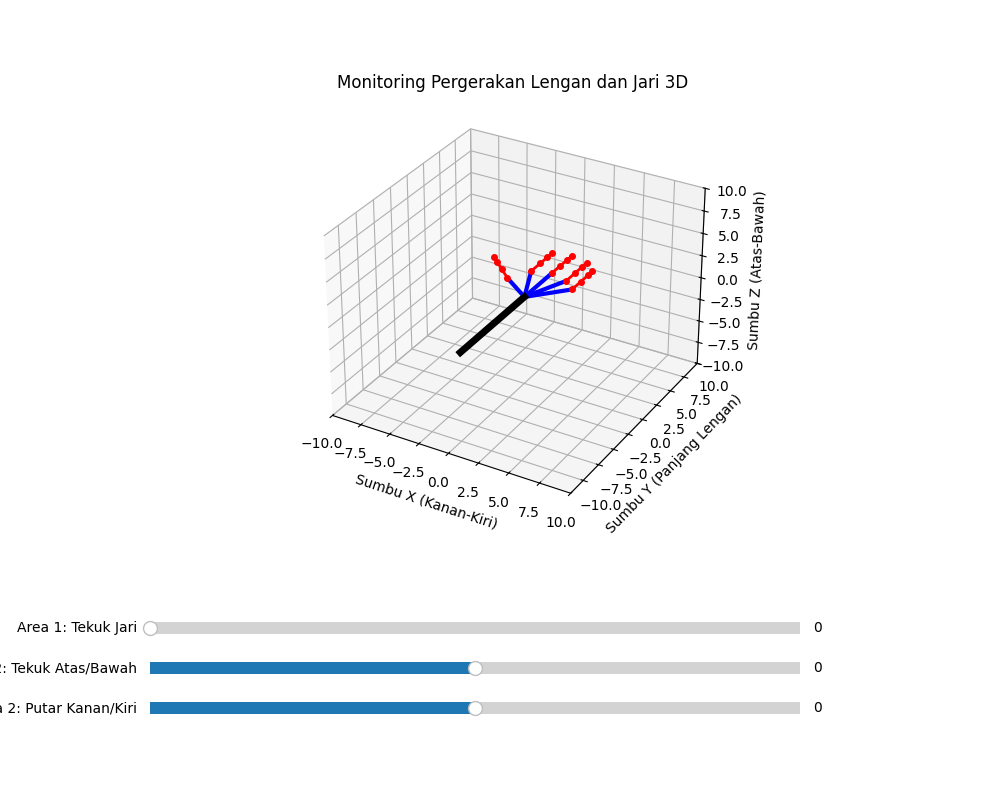
Repository: novalput/Pengolahancitra
Script's output: python Jobsheet_3/Testing/p4_1.py
The author's editor kept a copy of each file at every save. The script's output is drawn from the files as they stood at one save, then again after a run of saves.
Random numbers start from a fixed seed.

Above is the script's output before, as saved 2026-04-14 11:00:01.

### Jobsheet_3/Testing/p4_1.py
import numpy as np
import matplotlib.pyplot as plt
from matplotlib.widgets import Slider
from mpl_toolkits.mplot3d import Axes3D

# --- FUNGSI MATEMATIKA (Rotasi 3D) ---
def rot_x(theta):
    """Matriks rotasi sumbu X (Pitch / Menekuk Atas-Bawah)"""
    c, s = np.cos(theta), np.sin(theta)
    return np.array([[1, 0, 0], [0, c, -s], [0, s, c]])

def rot_y(theta):
    """Matriks rotasi sumbu Y (Roll / Memutar Kanan-Kiri)"""
    c, s = np.cos(theta), np.sin(theta)
    return np.array([[c, 0, s], [0, 1, 0], [-s, 0, c]])

# --- KONFIGURASI ANATOMI ---
# Area 3: Lengan bawah (Statis di titik origin ke pergelangan)
forearm_start = np.array([0, -10, 0])
wrist_pos = np.array([0, 0, 0])

# Area 2: Punggung tangan (Dari pergelangan ke pangkal jari)
# Koordinat pangkal jari (Ibu jari, Telunjuk, Tengah, Manis, Kelingking)
base_fingers = [
    np.array([-2.5, 2.0, 0]),  # Ibu Jari
    np.array([-1.5, 4.0, 0]),  # Telunjuk
    np.array([ 0.0, 4.5, 0]),  # Tengah
    np.array([ 1.5, 4.0, 0]),  # Manis
    np.array([ 2.5, 3.0, 0])   # Kelingking
]

# Panjang ruas jari (3 ruas per jari)
phalanx_lengths = [1.5, 1.2, 0.8]

# --- SETUP PLOT MATPLOTLIB ---
fig = plt.figure(figsize=(10, 8))
ax = fig.add_subplot(111, projection='3d')
plt.subplots_adjust(bottom=0.35) # Menyisakan ruang untuk slider di bawah

# Elemen visual (Garis 3D)
lines_palm = [ax.plot([], [], [], 'b-', lw=3)[0] for _ in range(5)]
lines_fingers = [ax.plot([], [], [], 'r-', lw=2, marker='o', markersize=4)[0] for _ in range(5)]
line_forearm, = ax.plot([], [], [], 'k-', lw=5)

def update_plot(val):
    """Fungsi ini dipanggil setiap kali slider digeser"""
    # Ambil nilai dari slider dan ubah ke radian
    roll_angle = np.radians(slider_roll.val)    # Memutar Area 2
    pitch_angle = np.radians(slider_pitch.val)  # Menekuk Area 2
    bend_angle = np.radians(slider_finger.val)  # Menekuk Area 1

    # Matriks rotasi gabungan untuk Pergelangan Tangan (Area 2)
    R_wrist = rot_y(roll_angle) @ rot_x(pitch_angle)

    # 1. Gambar Area 3 (Lengan Bawah - Statis)
    line_forearm.set_data([forearm_start[0], wrist_pos[0]], [forearm_start[1], wrist_pos[1]])
    line_forearm.set_3d_properties([forearm_start[2], wrist_pos[2]])

    # 2. Hitung & Gambar Area 2 (Punggung Tangan) dan Area 1 (Jari-jari)
    for i in range(5):
        # Rotasi pangkal jari akibat pergerakan pergelangan
        rotated_base = R_wrist @ base_fingers[i]

        # Garis punggung tangan (dari pergelangan ke pangkal jari)
        lines_palm[i].set_data([wrist_pos[0], rotated_base[0]], [wrist_pos[1], rotated_base[1]])
        lines_palm[i].set_3d_properties([wrist_pos[2], rotated_base[2]])

        # Hitung posisi tiap ruas jari (Area 1)
        finger_points = [rotated_base]
        current_pos = rotated_base

        # Akumulasi rotasi untuk efek jari melingkar/menekuk
        current_bend = 0

        for j in range(3): # 3 Ruas jari
            current_bend += bend_angle
            # Vektor ruas jari saat lurus (searah sumbu Y lokal punggung tangan)
            # Khusus ibu jari (index 0) arah naturalnya agak menyamping
            if i == 0:
                local_dir = np.array([-1, 1, 0])
            else:
                local_dir = np.array([0, 1, 0])

            local_dir = local_dir / np.linalg.norm(local_dir) * phalanx_lengths[j]

            # Terapkan tekukan jari (Rotasi X lokal), lalu ikuti rotasi pergelangan
            R_finger_bend = rot_x(-current_bend)
            dir_rotated = R_wrist @ (R_finger_bend @ local_dir)

            current_pos = current_pos + dir_rotated
            finger_points.append(current_pos)

        finger_points = np.array(finger_points)
        lines_fingers[i].set_data(finger_points[:, 0], finger_points[:, 1])
        lines_fingers[i].set_3d_properties(finger_points[:, 2])

    fig.canvas.draw_idle()

# --- SETUP SLIDER INTERAKTIF ---
axcolor = 'lightgoldenrodyellow'
ax_finger = plt.axes([0.15, 0.2, 0.65, 0.03], facecolor=axcolor)
ax_pitch = plt.axes([0.15, 0.15, 0.65, 0.03], facecolor=axcolor)
ax_roll = plt.axes([0.15, 0.1, 0.65, 0.03], facecolor=axcolor)

# Slider (Area 1, Area 2)
slider_finger = Slider(ax_finger, 'Area 1: Tekuk Jari', 0.0, 90.0, valinit=0.0, valstep=1)
slider_pitch = Slider(ax_pitch, 'Area 2: Tekuk Atas/Bawah', -90.0, 90.0, valinit=0.0, valstep=1)
slider_roll = Slider(ax_roll, 'Area 2: Putar Kanan/Kiri', -90.0, 90.0, valinit=0.0, valstep=1)

slider_finger.on_changed(update_plot)
slider_pitch.on_changed(update_plot)
slider_roll.on_changed(update_plot)

# Konfigurasi batas tampilan 3D agar proporsional
ax.set_xlim([-10, 10])
ax.set_ylim([-12, 10])
ax.set_zlim([-10, 10])
ax.set_xlabel('Sumbu X (Kanan-Kiri)')
ax.set_ylabel('Sumbu Y (Panjang Lengan)')
ax.set_zlabel('Sumbu Z (Atas-Bawah)')
ax.set_title('Monitoring Pergerakan Lengan dan Jari 3D')

# Panggil update pertama kali untuk menggambar posisi awal
update_plot(0)

plt.show()

After the next 2 saves:
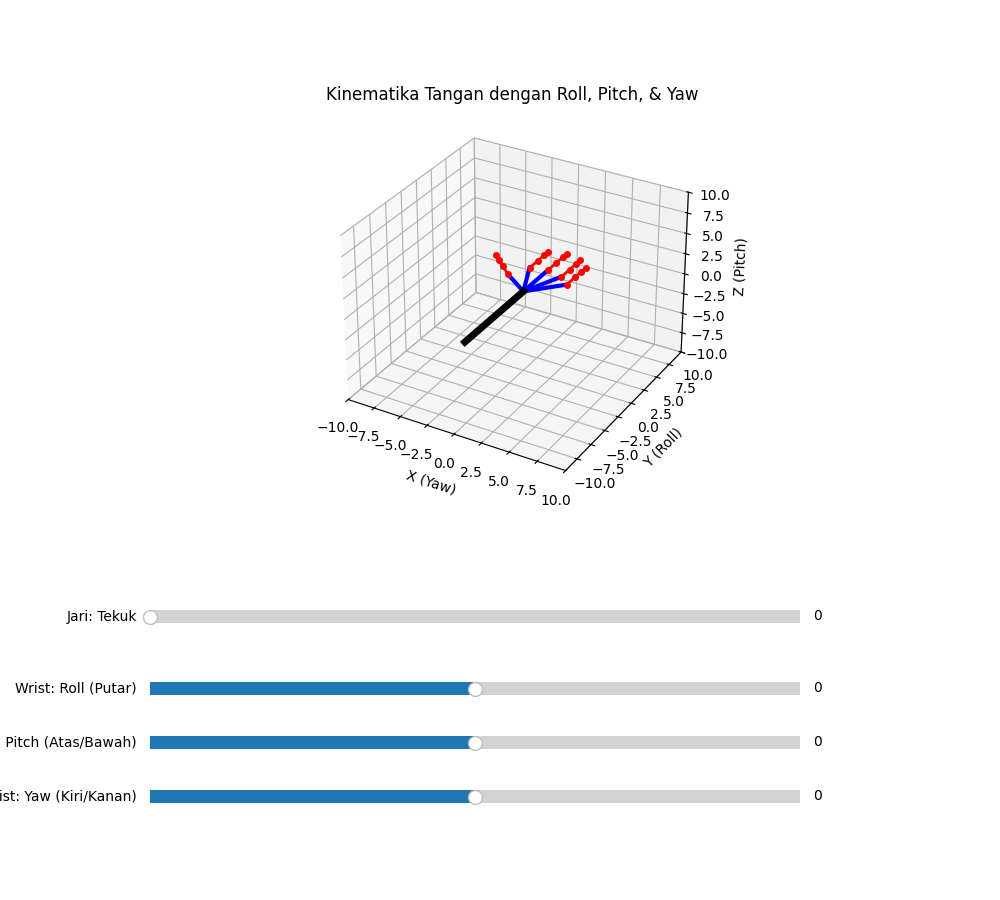
The 2 saves are shown as one change because they came seconds apart.
The last was saved 11 min 52 s later.
--- a/Jobsheet_3/Testing/p4_1.py
+++ b/Jobsheet_3/Testing/p4_1.py
@@ -5,14 +5,19 @@ from mpl_toolkits.mplot3d import Axes3D
 
 # --- FUNGSI MATEMATIKA (Rotasi 3D) ---
 def rot_x(theta):
-    """Matriks rotasi sumbu X (Pitch / Menekuk Atas-Bawah)"""
+    """Pitch: Menekuk Atas-Bawah (Rotasi sumbu X)"""
     c, s = np.cos(theta), np.sin(theta)
     return np.array([[1, 0, 0], [0, c, -s], [0, s, c]])
 
 def rot_y(theta):
-    """Matriks rotasi sumbu Y (Roll / Memutar Kanan-Kiri)"""
+    """Roll: Memutar Kanan-Kiri Lengan (Rotasi sumbu Y)"""
     c, s = np.cos(theta), np.sin(theta)
     return np.array([[c, 0, s], [0, 1, 0], [-s, 0, c]])
+
+def rot_z(theta):
+    """Yaw: Melambai Kanan-Kiri (Rotasi sumbu Z)"""
+    c, s = np.cos(theta), np.sin(theta)
+    return np.array([[c, -s, 0], [s, c, 0], [0, 0, 1]])
 
 # --- KONFIGURASI ANATOMI ---
 # Area 3: Lengan bawah (Statis di titik origin ke pergelangan)
@@ -20,7 +25,6 @@ forearm_start = np.array([0, -10, 0])
 wrist_pos = np.array([0, 0, 0])
 
 # Area 2: Punggung tangan (Dari pergelangan ke pangkal jari)
-# Koordinat pangkal jari (Ibu jari, Telunjuk, Tengah, Manis, Kelingking)
 base_fingers = [
     np.array([-2.5, 2.0, 0]),  # Ibu Jari
     np.array([-1.5, 4.0, 0]),  # Telunjuk
@@ -33,57 +37,54 @@ base_fingers = [
 phalanx_lengths = [1.5, 1.2, 0.8]
 
 # --- SETUP PLOT MATPLOTLIB ---
-fig = plt.figure(figsize=(10, 8))
+fig = plt.figure(figsize=(10, 9))
 ax = fig.add_subplot(111, projection='3d')
-plt.subplots_adjust(bottom=0.35) # Menyisakan ruang untuk slider di bawah
+plt.subplots_adjust(bottom=0.45) # Ruang diperbesar untuk 4 slider
 
-# Elemen visual (Garis 3D)
+# Elemen visual
 lines_palm = [ax.plot([], [], [], 'b-', lw=3)[0] for _ in range(5)]
 lines_fingers = [ax.plot([], [], [], 'r-', lw=2, marker='o', markersize=4)[0] for _ in range(5)]
 line_forearm, = ax.plot([], [], [], 'k-', lw=5)
 
 def update_plot(val):
-    """Fungsi ini dipanggil setiap kali slider digeser"""
-    # Ambil nilai dari slider dan ubah ke radian
-    roll_angle = np.radians(slider_roll.val)    # Memutar Area 2
-    pitch_angle = np.radians(slider_pitch.val)  # Menekuk Area 2
-    bend_angle = np.radians(slider_finger.val)  # Menekuk Area 1
+    roll_angle = np.radians(slider_roll.val)
+    pitch_angle = np.radians(slider_pitch.val)
+    yaw_angle = np.radians(slider_yaw.val)
+    bend_angle = np.radians(slider_finger.val)
 
-    # Matriks rotasi gabungan untuk Pergelangan Tangan (Area 2)
-    R_wrist = rot_y(roll_angle) @ rot_x(pitch_angle)
+    # Matriks rotasi gabungan (Roll -> Yaw -> Pitch)
+    # Urutan perkalian matriks menentukan bagaimana sumbu rotasi dipengaruhi
+    R_wrist = rot_y(roll_angle) @ rot_z(yaw_angle) @ rot_x(pitch_angle)
 
-    # 1. Gambar Area 3 (Lengan Bawah - Statis)
+    # 1. Gambar Area 3 (Lengan Bawah)
     line_forearm.set_data([forearm_start[0], wrist_pos[0]], [forearm_start[1], wrist_pos[1]])
     line_forearm.set_3d_properties([forearm_start[2], wrist_pos[2]])
 
-    # 2. Hitung & Gambar Area 2 (Punggung Tangan) dan Area 1 (Jari-jari)
+    # 2. Gambar Area 2 dan Area 1
     for i in range(5):
-        # Rotasi pangkal jari akibat pergerakan pergelangan
+        # Rotasi pangkal jari
         rotated_base = R_wrist @ base_fingers[i]
 
-        # Garis punggung tangan (dari pergelangan ke pangkal jari)
+        # Garis punggung tangan
         lines_palm[i].set_data([wrist_pos[0], rotated_base[0]], [wrist_pos[1], rotated_base[1]])
         lines_palm[i].set_3d_properties([wrist_pos[2], rotated_base[2]])
 
-        # Hitung posisi tiap ruas jari (Area 1)
+        # Posisi tiap ruas jari
         finger_points = [rotated_base]
         current_pos = rotated_base
-
-        # Akumulasi rotasi untuk efek jari melingkar/menekuk
         current_bend = 0
 
-        for j in range(3): # 3 Ruas jari
+        for j in range(3):
             current_bend += bend_angle
-            # Vektor ruas jari saat lurus (searah sumbu Y lokal punggung tangan)
-            # Khusus ibu jari (index 0) arah naturalnya agak menyamping
+
             if i == 0:
-                local_dir = np.array([-1, 1, 0])
+                local_dir = np.array([-1, 1, 0]) # Ibu jari menyamping
             else:
-                local_dir = np.array([0, 1, 0])
+                local_dir = np.array([0, 1, 0])  # Jari lain lurus
 
             local_dir = local_dir / np.linalg.norm(local_dir) * phalanx_lengths[j]
 
-            # Terapkan tekukan jari (Rotasi X lokal), lalu ikuti rotasi pergelangan
+            # Tekukan jari dihitung relatif terhadap rotasi pergelangan total
             R_finger_bend = rot_x(-current_bend)
             dir_rotated = R_wrist @ (R_finger_bend @ local_dir)
 
@@ -96,31 +97,33 @@ def update_plot(val):
 
     fig.canvas.draw_idle()
 
-# --- SETUP SLIDER INTERAKTIF ---
+# --- SETUP SLIDER ---
 axcolor = 'lightgoldenrodyellow'
-ax_finger = plt.axes([0.15, 0.2, 0.65, 0.03], facecolor=axcolor)
-ax_pitch = plt.axes([0.15, 0.15, 0.65, 0.03], facecolor=axcolor)
-ax_roll = plt.axes([0.15, 0.1, 0.65, 0.03], facecolor=axcolor)
+ax_finger = plt.axes([0.15, 0.3, 0.65, 0.03], facecolor=axcolor)
+ax_roll   = plt.axes([0.15, 0.22, 0.65, 0.03], facecolor=axcolor)
+ax_pitch  = plt.axes([0.15, 0.16, 0.65, 0.03], facecolor=axcolor)
+ax_yaw    = plt.axes([0.15, 0.1, 0.65, 0.03], facecolor=axcolor) # Tambahan Slider Yaw
 
-# Slider (Area 1, Area 2)
-slider_finger = Slider(ax_finger, 'Area 1: Tekuk Jari', 0.0, 90.0, valinit=0.0, valstep=1)
-slider_pitch = Slider(ax_pitch, 'Area 2: Tekuk Atas/Bawah', -90.0, 90.0, valinit=0.0, valstep=1)
-slider_roll = Slider(ax_roll, 'Area 2: Putar Kanan/Kiri', -90.0, 90.0, valinit=0.0, valstep=1)
+# Inisialisasi Slider
+slider_finger = Slider(ax_finger, 'Jari: Tekuk', 0.0, 90.0, valinit=0.0, valstep=1)
+slider_roll   = Slider(ax_roll, 'Wrist: Roll (Putar)', -90.0, 90.0, valinit=0.0, valstep=1)
+slider_pitch  = Slider(ax_pitch, 'Wrist: Pitch (Atas/Bawah)', -90.0, 90.0, valinit=0.0, valstep=1)
+slider_yaw    = Slider(ax_yaw, 'Wrist: Yaw (Kiri/Kanan)', -45.0, 45.0, valinit=0.0, valstep=1)
 
+# Event Listener
 slider_finger.on_changed(update_plot)
+slider_roll.on_changed(update_plot)
 slider_pitch.on_changed(update_plot)
-slider_roll.on_changed(update_plot)
+slider_yaw.on_changed(update_plot) # Listener Yaw
 
-# Konfigurasi batas tampilan 3D agar proporsional
+# Konfigurasi 3D Plot
 ax.set_xlim([-10, 10])
 ax.set_ylim([-12, 10])
 ax.set_zlim([-10, 10])
-ax.set_xlabel('Sumbu X (Kanan-Kiri)')
-ax.set_ylabel('Sumbu Y (Panjang Lengan)')
-ax.set_zlabel('Sumbu Z (Atas-Bawah)')
-ax.set_title('Monitoring Pergerakan Lengan dan Jari 3D')
+ax.set_xlabel('X (Yaw)')
+ax.set_ylabel('Y (Roll)')
+ax.set_zlabel('Z (Pitch)')
+ax.set_title('Kinematika Tangan dengan Roll, Pitch, & Yaw')
 
-# Panggil update pertama kali untuk menggambar posisi awal
 update_plot(0)
-
 plt.show()
